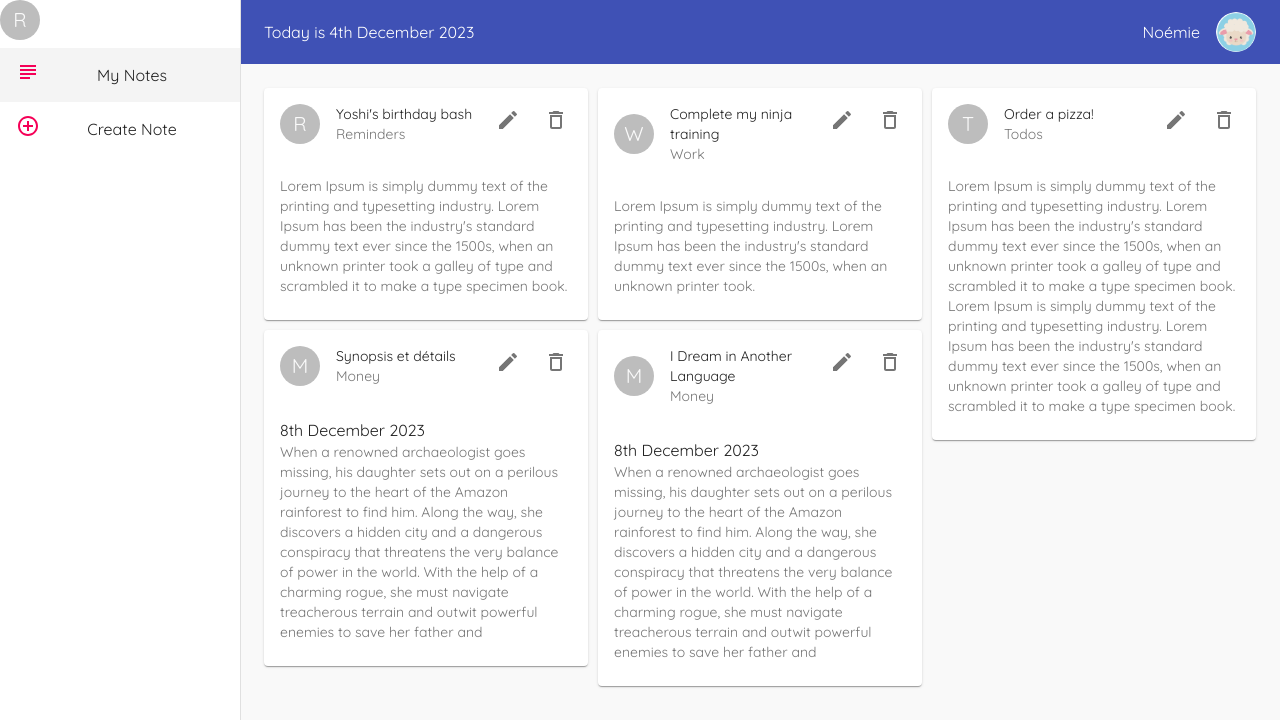
Repository: noemiepham/noemieblognote
Page: /
An editor plug-in stored every save of this project. The page is shown before and after the next save, followed by the edit.
The browser window is 1280 px wide. The pictures show the whole page.
The project was rebuilt for these pictures with package versions that can differ from the ones it lists, and the page was loaded fresh each time. Requests to the local data server were answered from the project's data file. Also part of the build but not shown: src/pages/Create.js.

Above is the page before, as saved 2023-12-08 15:28:14.
Not found: assets/NoemieBlog.png

After the next save:
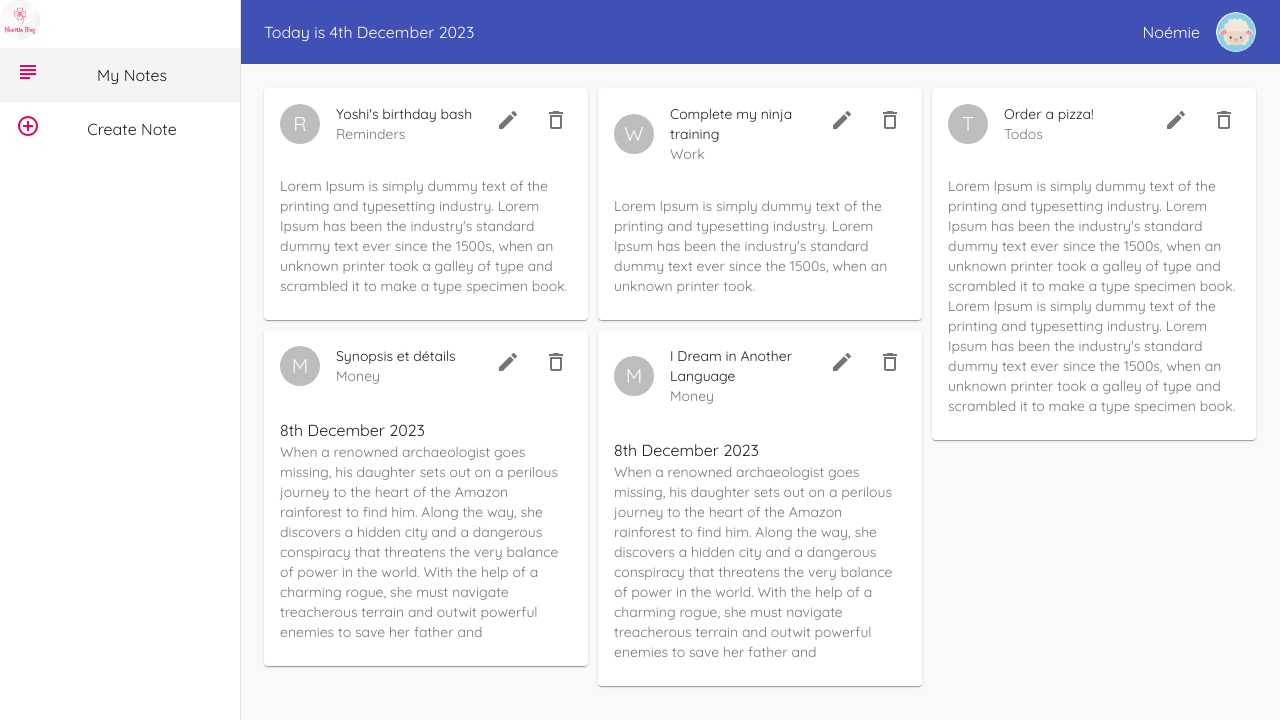
Saved 23 s later.
--- a/src/pages/Layout.js
+++ b/src/pages/Layout.js
@@ -82,7 +82,7 @@ function Layout() {
         <div>
           <Avatar
             alt="Remy Sharp"
-            src="../assets/NoemieBlog.png"
+            src="NoemieBlog.png"
             sx={{ width: 24, height: 24 }}
           />
         </div>
